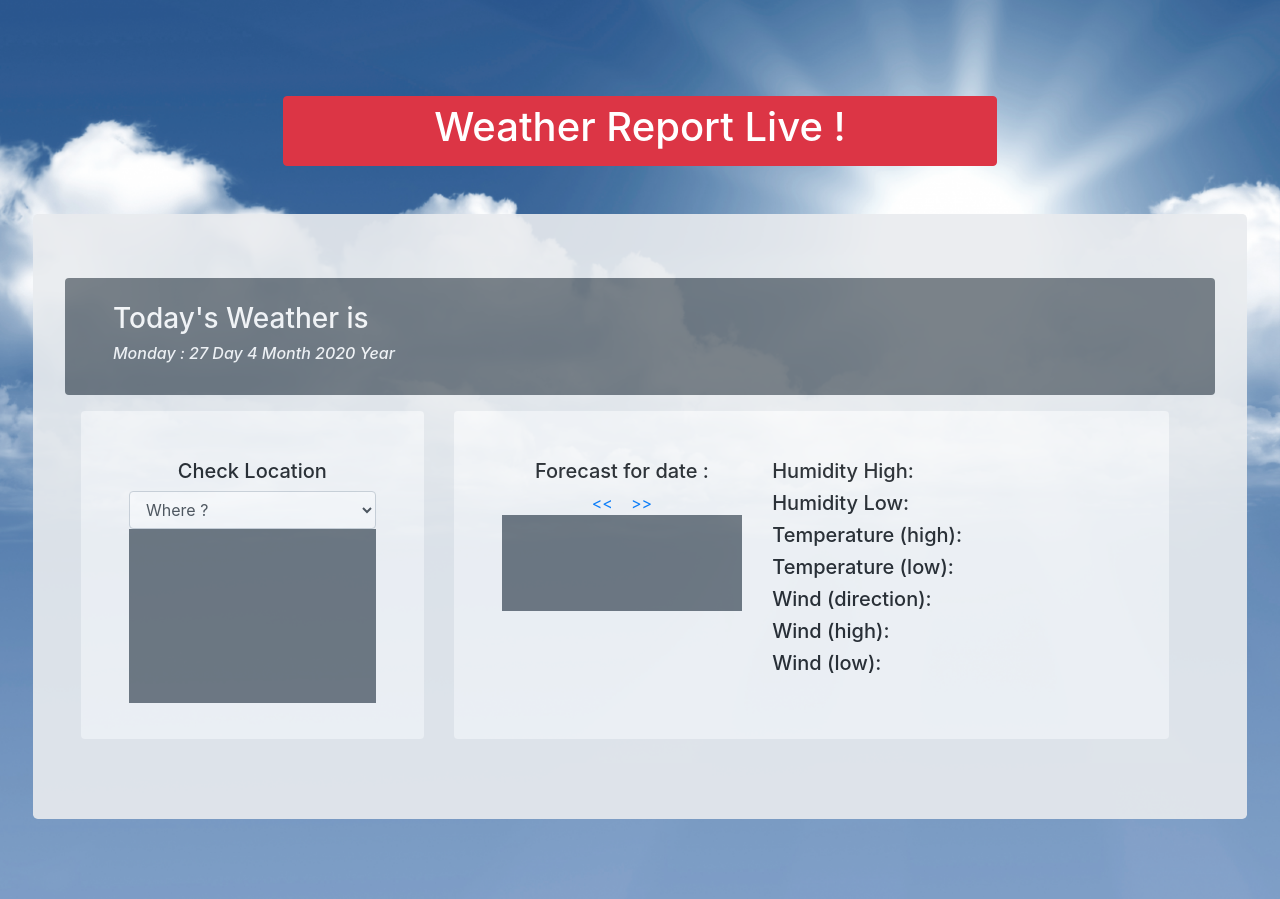
Repository: Code-Institute-Submissions/projectchen88-weatherForecast
Page: index.html
The author's editor kept a record of every edit. The page is drawn from the files as they stood at one moment, then again after the next edit.
The browser window is 1280 px wide. The pictures show the whole page.
The page's requests for data from a server got no answer.

Above is the page before.
Console error (its wording comes from the project's code and is left out).

After the next edit:
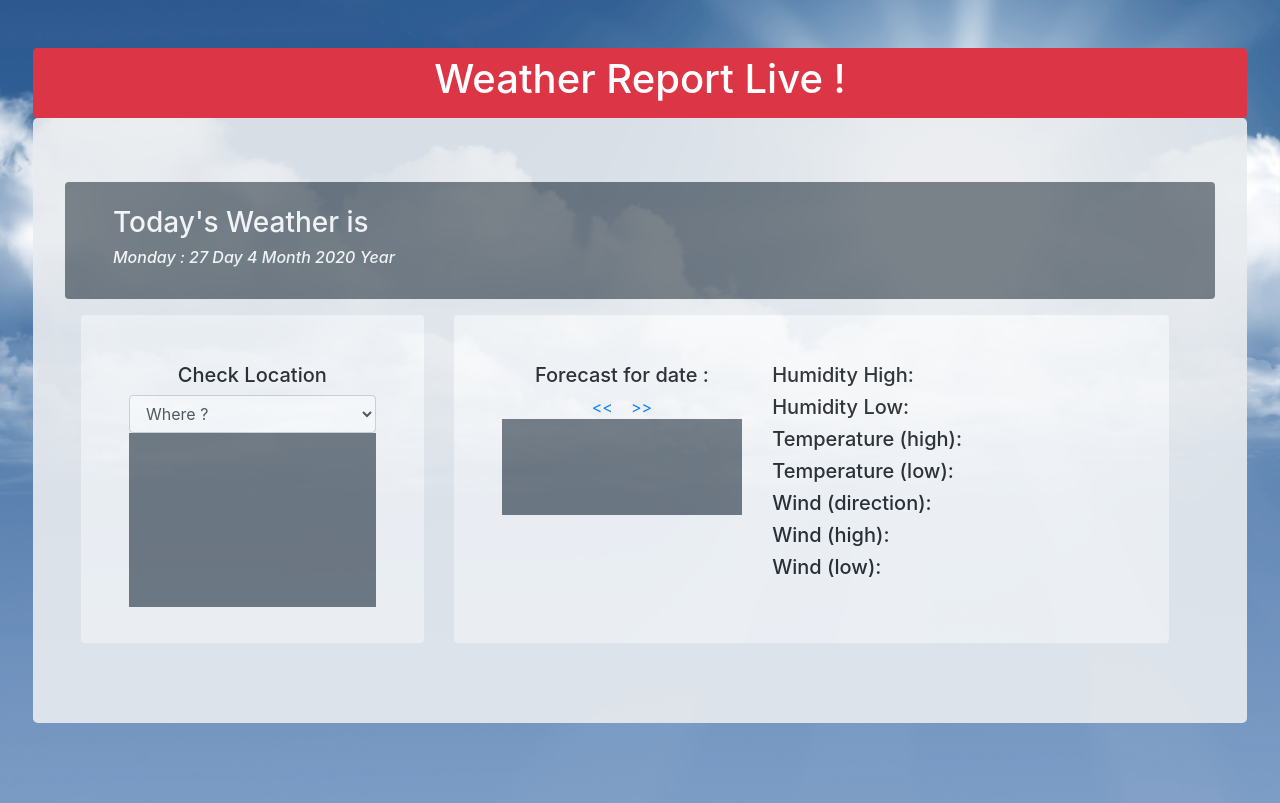
The edit:
--- a/index.html
+++ b/index.html
@@ -20,7 +20,7 @@
     <main id='main-page' class='container-fluid p-5'>
         <!--Header-->
         <div class="row">
-            <div class="col-md-8 col-12 p-md-5 p-3 mx-auto">
+            <!--<div class="col-md-8 col-12 p-md-5 p-3 mx-auto">-->
                 <span class='btn btn-danger w-100'><h1>Weather Report Live ! </h1></span>
             </div>
         </div>

After the 2 edits that followed:
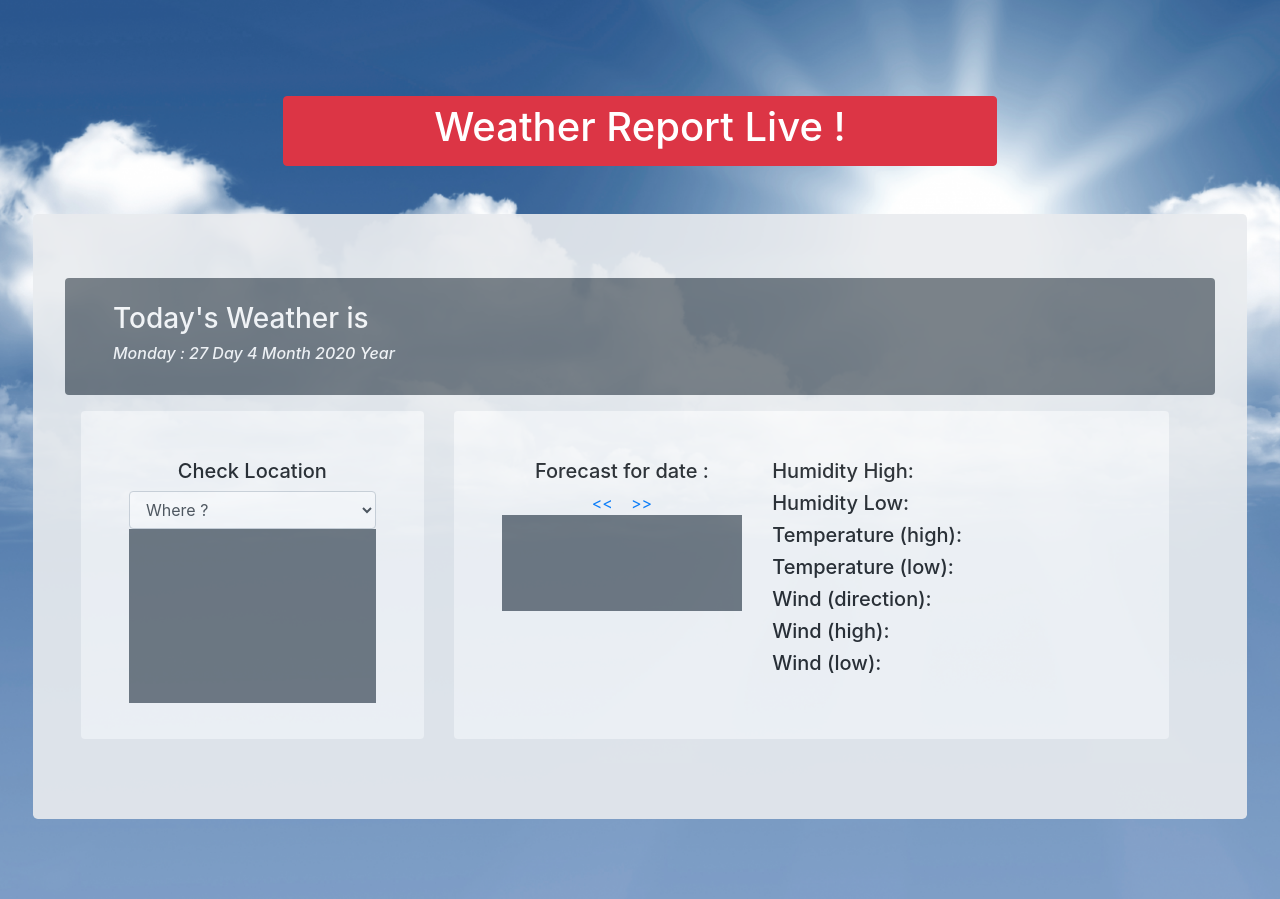
The 2 edits are shown as one change because 1 left the picture as it was.
The edit:
--- a/index.html
+++ b/index.html
@@ -20,7 +20,7 @@
     <main id='main-page' class='container-fluid p-5'>
         <!--Header-->
         <div class="row">
-            <!--<div class="col-md-8 col-12 p-md-5 p-3 mx-auto">-->
+            <div class="col-md-8 col-12 p-md-5 p-3 mx-auto">
                 <span class='btn btn-danger w-100'><h1>Weather Report Live ! </h1></span>
             </div>
         </div>
